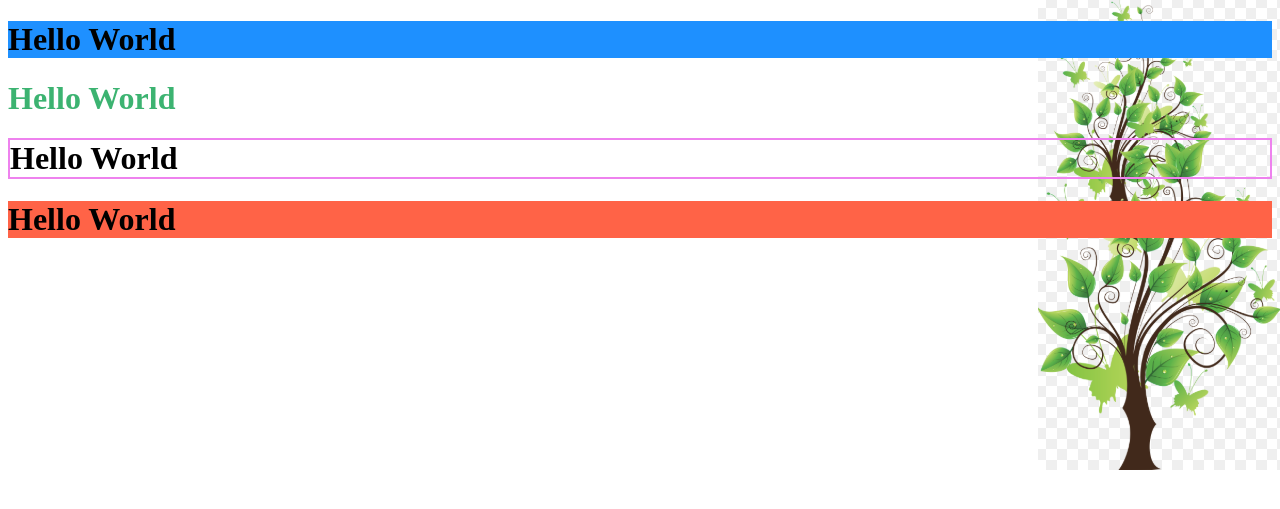
Repository: SanghunOh/learn_publising
Page: HtmlCss/WebContent/CascadingSS/css_border.html
These files come from the project's save history. The page is drawn as it stood at one moment and after the next save; the edit follows.
The browser window is 1280 px wide. The pictures show the whole page.

Above is the page before, as saved 2018-05-06 03:01:26.

After the next save:
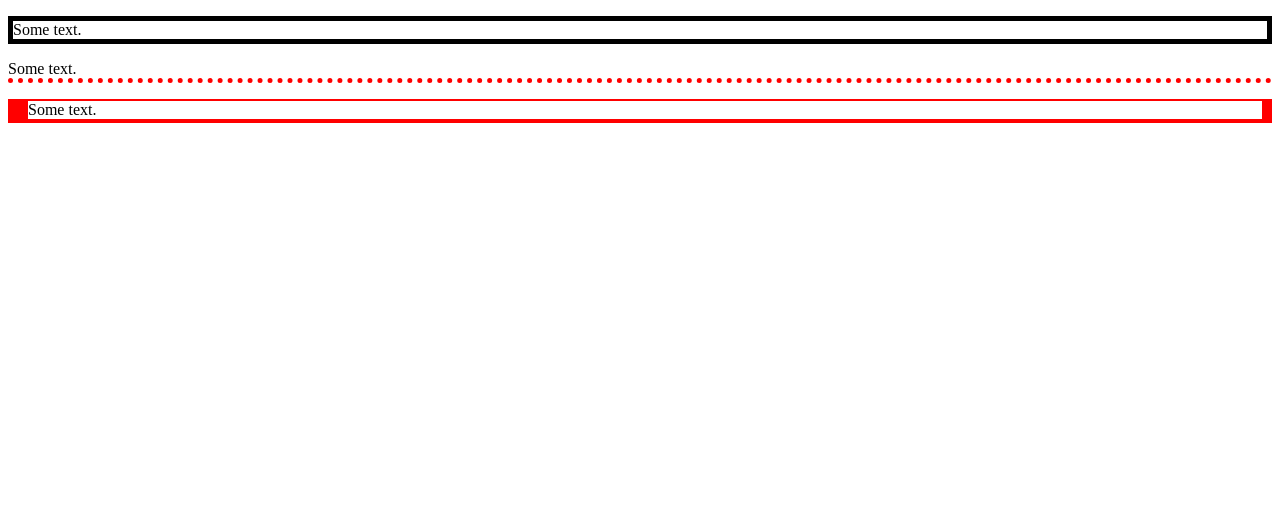
Saved 109 s later.
--- a/HtmlCss/WebContent/CascadingSS/css_border.html
+++ b/HtmlCss/WebContent/CascadingSS/css_border.html
@@ -2,17 +2,30 @@
 <html>
 <head>
 <style>
-body {
-	background-image: url("../images/img_tree.png");
-	background-repeat: no-repeat;
-	background-position: right top;
+p.one {
+    border-style: solid;
+    border-width: 5px;
+}
+p.four {
+    border-bottom: 6px dotted red;
+    border-width: thick;
+}
+p.five {
+    border: 2px double red;
+	border-radius: 5px;
+}
+p.seven {
+    border: 5px solid red;
+    border-width: 2px 10px 4px 20px;
 }
 </style>
 </head>
 <body>
-<h1 style="background-color:DodgerBlue;">Hello World</h1>
-<h1 style="color:MediumSeaGreen;">Hello World</h1>
-<h1 style="border:2px solid Violet;">Hello World</h1>
-<h1 style="background-color:#ff6347;">Hello World</h1>
+
+<p class="one">Some text.</p>
+<p class="four">Some text.</p>
+<p class="seven">Some text.</p>
+
+
 </body>
 </html>
